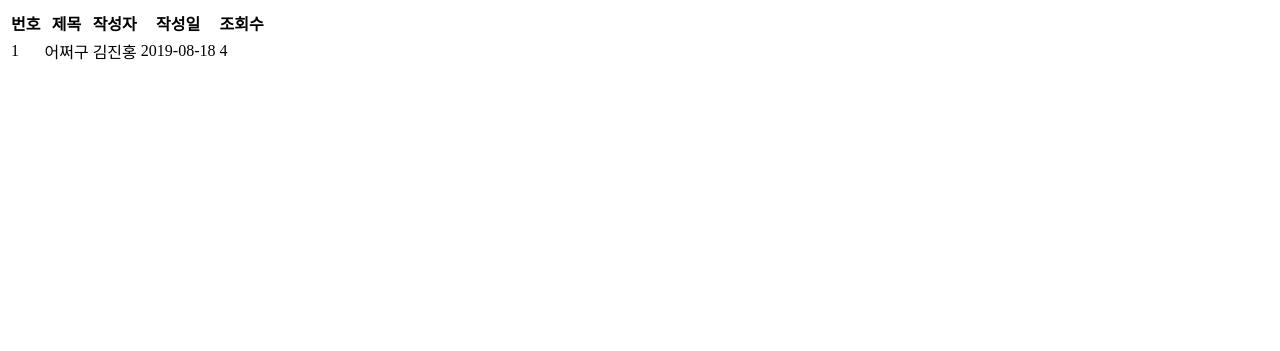
Repository: sna145815/Travel_v1
Page: http://localhost/Travel_v1/sample.jsp
These files come from the project's save history. The page is drawn as it stood at one moment and after the next save; the edit follows.
The browser window is 1280 px wide. The pictures show the whole page.
The page is served by Tomcat 9.

Above is the page before, as saved 2022-10-24 07:18:04.

After the next save:
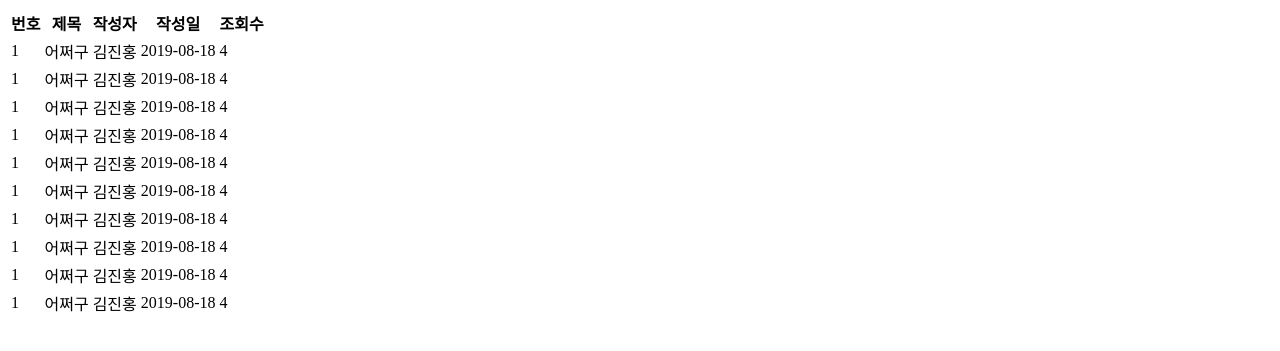
Saved 83 s later.
--- a/Travel_v1/src/main/webapp/sample.jsp
+++ b/Travel_v1/src/main/webapp/sample.jsp
@@ -9,6 +9,9 @@
 <body>
 
 <table class="table">
+
+
+
 					<thead>
 						<tr>
 							<th class="w60">번호</th>
@@ -19,7 +22,7 @@
 						</tr>
 					</thead>
 					<tbody>
-
+				<%for(int i=0;i<10;i++){ %>
 					<tr>
 						<td>1</td>
 						<td class="title indent text-align-left"><a href="detail.html"></a>어쩌구</td>
@@ -31,7 +34,7 @@
 
 
 					</tr>
-
+				<%} %>
 
 					</tbody>
 				</table>
